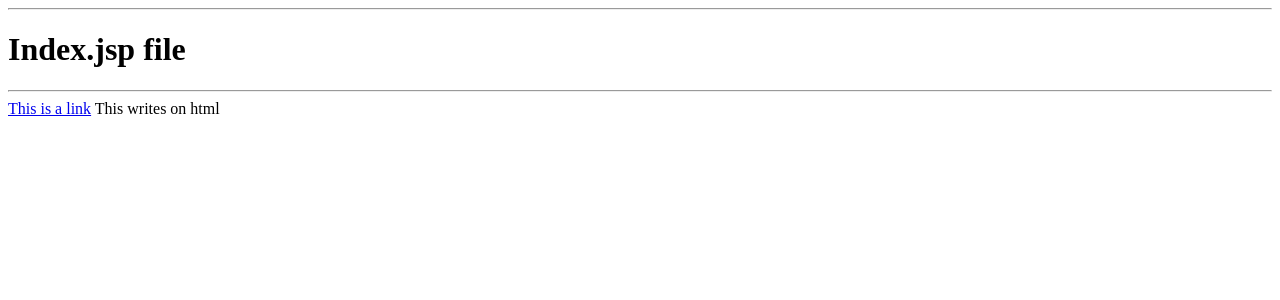
Repository: suraj-repositories/java-practice-2-advance-java-1
Page: http://localhost/Ad_09_JSPuse/
These files come from the project's save history. The page is drawn as it stood at one moment and after the next save; the edit follows.
The browser window is 1280 px wide. The pictures show the whole page.
The page is served by Tomcat 9. Other server files are loaded and not shown.

Above is the page before, as saved 2023-07-21 12:22:39.

### Ad_09_JSPuse/src/main/webapp/index.jsp
<%@ page language="java" contentType="text/html; charset=ISO-8859-1"
    pageEncoding="ISO-8859-1"%>
<!DOCTYPE html>
<html>
<head>
<meta charset="ISO-8859-1">
<title>Insert title here</title>
</head>
<body>
<hr>
<h1>Index.jsp file</h1>
<hr>
<a href="link">This is a link</a>
<%
	System.out.println("hello world");
	int i=90;
	int j=89;
	System.out.println("sum = " +(i+j));

	out.write("This writes on html");
%>

</body>
</html>

After the next save:
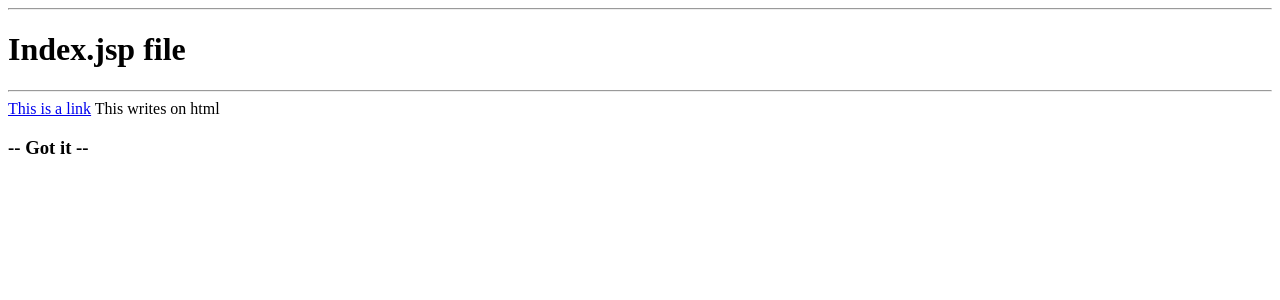
Saved 2 min 57 s later.
--- a/Ad_09_JSPuse/src/main/webapp/index.jsp
+++ b/Ad_09_JSPuse/src/main/webapp/index.jsp
@@ -19,6 +19,6 @@
 
 	out.write("This writes on html");
 %>
-
+<h3> -- Got it --</h3>
 </body>
 </html>
